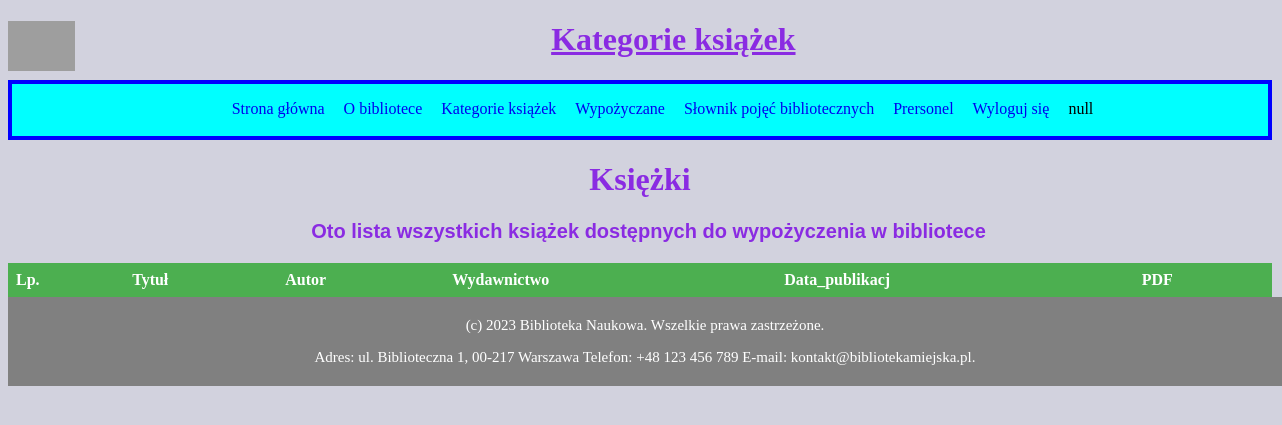
Repository: Dominik098/projekt
Page: http://localhost/biblioteka/C_Kategorie książek.jsp
The author's editor kept a copy of each file at every save. The page is drawn from the files as they stood at one save, then again after the next save.
The browser window is 1280 px wide. The page is 1282 px wide, so the pictures cover 1282 px, including what lies to the right of the window. The pictures show the whole page.
Pictures or frames that could not be fetched are drawn as grey boxes. The page is served by Tomcat 9. Other server files are loaded and not shown. Queries for data that is not in the repository find no rows.

Above is the page before, as saved 2023-04-23 21:03:15.

### java projekt/biblioteka/src/main/webapp/C_Kategorie książek.jsp
<%@ page language="java" contentType="text/html; charset=UTF-8"%>


<%@ page import="java.sql.*" %>


 <!DOCTYPE html>
<html lang="en">

<head>
    <meta charset="UTF-8">
    <meta http-equiv="X-UA-Compatible" content="IE=edge">
    <meta name="viewport" content="width=device-width, initial-scale=1.0">
    <link rel="stylesheet" href="C_kategorie.css" type="text/css">

    <link rel="icon" type="image/png" href="3.png" sizes="96x96" />
    <title>Kategorie książek </title>



</head>

<body>
    <tr>
        <td align="center"><img src="logo.jpg" name="ksiazka" align="left" weight="90px" height="50px"></td>
    </tr>
    <h1>
        <center><u>Kategorie książek</u></center>
    </h1>
    <header>
        <nav>
            <ul>
                <li><a href="A_strona-gl.jsp">Strona główna</a></li>
                <li><a href="B_O bibiotece.jsp">O bibliotece</a></li>
                <li><a href="C_Kategorie książek.jsp">Kategorie książek </a></li>
                <li><a href="D_Wypożyczenia.jsp">Wypożyczane </a></li>
                <li><a href="E_Słownik pojęć.jsp">Słownik pojęć bibliotecznych</a></li>
                <li><a href="F_personel.jsp">Prersonel</a></li>
               <!-- <li><a href="G_login.jsp">Logowanie</a></li>
                <li><a href="H_rejestracja.jsp">Rejestracja</a></li>-->
                <li><a href= "logout">Wyloguj się</a></li>
                <li><a > <%=session.getAttribute("email-login") %> </a></li>
            </ul>

        </nav>

    </header>
    <h1>Księżki </h1>

    <h3>Oto lista wszystkich książek dostępnych do wypożyczenia w bibliotece </h3>

<table>
    <tr>
        <th>Lp.</th>
        <th>Tytuł</th>
        <th>Autor</th>
        <th>Wydawnictwo</th>
        <th>Data_publikacj</th>
        <th>PDF</th>

    </tr>
    <%
        try {
            // Połączenie z bazą danych
            String url = "jdbc:mysql://localhost:3306/jak";
            String user = "root";
            String password = "P@ssw0rd";
            Connection conn = DriverManager.getConnection(url, user, password);

            // Zapytanie SQL
            String sql = "SELECT * FROM Książki";
            PreparedStatement ps = conn.prepareStatement(sql);
            ResultSet rs = ps.executeQuery();

            // Wyświetlenie wyników zapytania
            int i=0;
            while (rs.next()) { i++;
                String tytuł = rs.getString("tytuł");
                String autor = rs.getString("autor");
                String wydawnictwo = rs.getString("wydawnictwo");
                String data_publikacji = rs.getString("data_publikacji");
                String pdf_link = rs.getString("plik_pdf");


    %>
        <tr>
            <td><%= i %></td>
            <td><%= tytuł %></td>
            <td><%= autor %></td>
            <td><%= wydawnictwo %></td>
            <td><%= data_publikacji %></td>
            	<td>
    <% if (pdf_link != null && !pdf_link.isEmpty()) { %>
    <a href="<%= pdf_link %>" download="<%= tytuł %>.pdf" target="_blank">Pobierz</a>
<% } else { %>
    Brak pliku PDF
<% } %>
</td>

        </tr>
    <%
            }
            // Zamykanie połączenia z bazą danych
            rs.close();
            ps.close();
            conn.close();
        } catch (SQLException e) {
            e.printStackTrace();
        }
    %>
</table>

<script>
    // Funkcja pobierająca plik PDF
    function pobierzPDF(link) {
        window.location.href = link;
    }
</script>


    <footer>
        <p>(c) 2023 Biblioteka Naukowa. Wszelkie prawa zastrzeżone.</p>
        <p>Adres: ul. Biblioteczna 1, 00-217 Warszawa Telefon: +48 123 456 789  E-mail: kontakt@bibliotekamiejska.pl.</p>

    </footer>



</body>

</html>

### java projekt/biblioteka/src/main/webapp/C_kategorie.css
body {
    background-color: rgb(210, 210, 222);

}

header {
    border: 4px;
    background-color: aqua;
    border: 4px solid blue;
    padding-bottom: 2px;
}



h1 {
    text-align: center;
    color: blueviolet;

}

h3 {
    text-align: center;
    margin-left: 17px;
    color: blueviolet;
    font-family: Arial;
    font-size: 20px;

}




ul li {
    display: inline;
    margin-left: 5px;
    padding: 5px;

}

ul {
    text-align: center;
}

a {
    padding-top: 5px;
    padding-bottom: 5px;
    text-decoration: none;
}






footer {
    text-align: center;
    font-size: 15px;
    color: white;
    background-color: gray;


    bottom: 0;
    margin-top: auto;
    width: 100%;
    padding: 5px;
}



table {
        background-color: #f9f9f9;
        border-collapse: collapse;
        width: 100%;
    }

    th, td {
        text-align: left;
        padding: 8px;
    }

    th {
        background-color: #4CAF50;
        color: white;
    }


    tr:hover {
  border-bottom: 2px solid red;
}


.pobierz{

  display: inline-block;
  padding: 10px 20px;
  font-size: 12px;
  font-weight: bold;
  text-align: center;
  text-transform: uppercase;
  color: #fff;
  background-color: #4CAF50;
  border: none;
  border-radius: 5px;
  box-shadow: 0 3px 6px rgba(0, 0, 0, 0.3);
  cursor: pointer;
  transition: background-color 0.3s ease;
}

.pobierz:hover {
  background-color: #0056b3;
}

.klik {
  background-color: transparent;
  border: none;
  cursor: pointer;
  background-color:  aqua;
  border: none;
  border-radius: 5px;
  box-shadow: 0 3px 6px rgba(0, 0, 0, 0.1);
  font-size: 11px;
  font-weight: bold;
  text-align: center;
}

.klik:hover {
  background-color: #0056b3;
  color: #ffffff;
}

.wyloguj{

  display: inline-block;
  padding: 10px 10px;
  font-size: 11px;
  font-weight: bold;
  text-align: center;
  text-transform: uppercase;
  color: black;
  background-color:  aqua;
  border: none;
  border-radius: 5px;
  box-shadow: 0 3px 6px rgba(0, 0, 0, 0.8);
  cursor: pointer;
  transition: background-color 0.3s ease;
}

.wyloguj:hover {
  background-color: #0056b3;
}
 .dodanie{
 display: inline-block;
  padding: 10px 10px;
  font-size: 11px;
  font-weight: bold;
  text-align: center;
  text-transform: uppercase;
  color: black;
  background-color:  rgb(210, 210, 222);
  border: none;
  border-radius: 5px;
  box-shadow: 0 3px 6px rgba(0, 0, 0, 0.6);
  cursor: pointer;
  transition: background-color 0.3s ease;

 }
 .dodanie:hover{
 background-color: #0056b3;
 }
#info{
	text-align: center;

}
 #info_przycisk {
        background-color: #4CAF50;
        color: #fff;
        border: none;
        padding: 5px 10px;
        border-radius: 4px;

        cursor: pointer;
        transition: background-color 0.3s ease;
    }

After the next save:
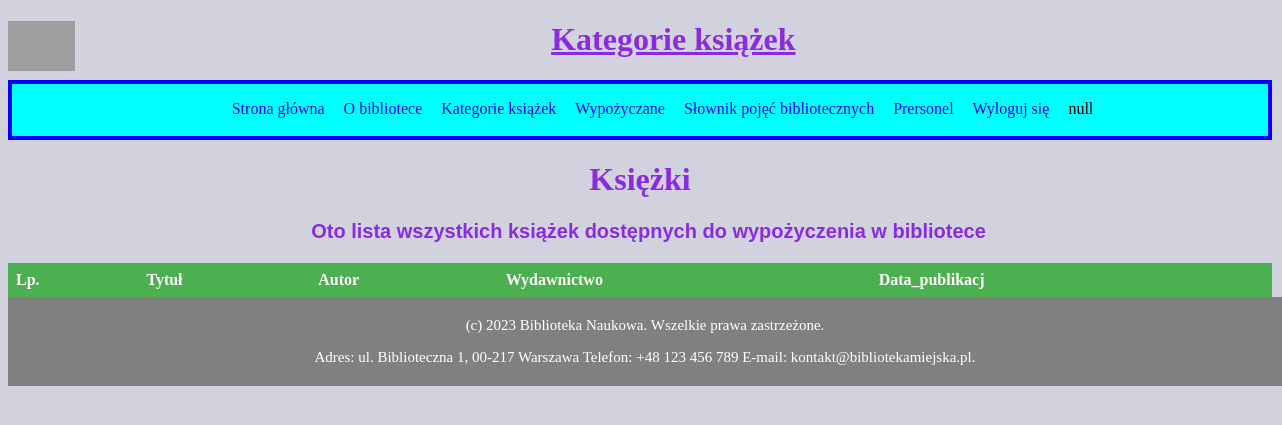
Saved 8 min 49 s later.
--- a/java projekt/biblioteka/src/main/webapp/C_Kategorie książek.jsp
+++ b/java projekt/biblioteka/src/main/webapp/C_Kategorie książek.jsp
@@ -56,13 +56,13 @@
         <th>Autor</th>
         <th>Wydawnictwo</th>
         <th>Data_publikacj</th>
-        <th>PDF</th>
+
 
     </tr>
     <%
         try {
             // Połączenie z bazą danych
-            String url = "jdbc:mysql://localhost:3306/jak";
+            String url = "jdbc:mysql://localhost:3306/Biblioteka";
             String user = "root";
             String password = "P@ssw0rd";
             Connection conn = DriverManager.getConnection(url, user, password);
@@ -79,7 +79,7 @@
                 String autor = rs.getString("autor");
                 String wydawnictwo = rs.getString("wydawnictwo");
                 String data_publikacji = rs.getString("data_publikacji");
-                String pdf_link = rs.getString("plik_pdf");
+
 
 
     %>
@@ -89,13 +89,7 @@
             <td><%= autor %></td>
             <td><%= wydawnictwo %></td>
             <td><%= data_publikacji %></td>
-            	<td>
-    <% if (pdf_link != null && !pdf_link.isEmpty()) { %>
-    <a href="<%= pdf_link %>" download="<%= tytuł %>.pdf" target="_blank">Pobierz</a>
-<% } else { %>
-    Brak pliku PDF
-<% } %>
-</td>
+
 
         </tr>
     <%
